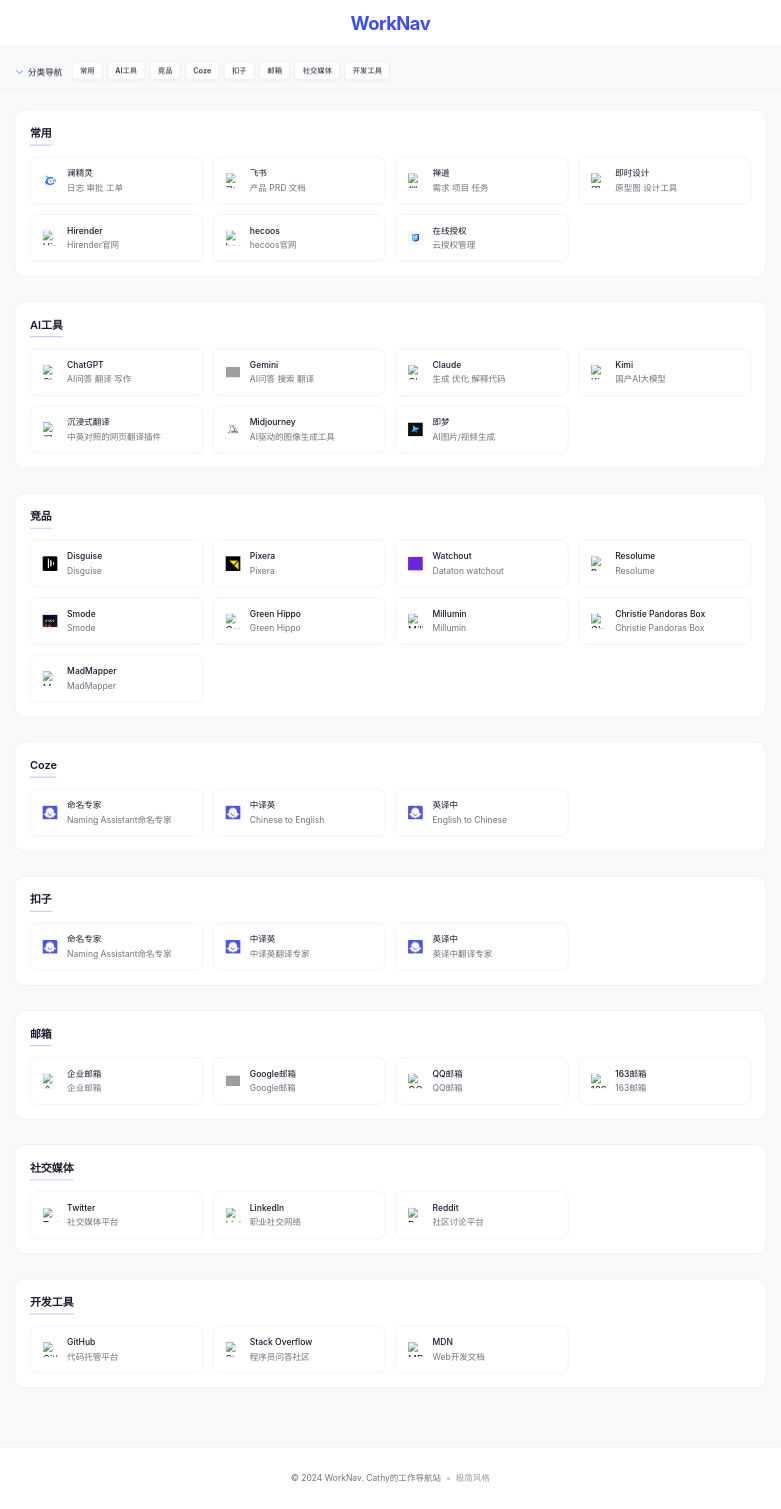
Repository: SweetPomelo0/WorkNav
Page: /
These files come from the project's save history. The page is drawn as it stood at one moment and after the next save; the edit follows.
The browser window is 1280 px wide. The pictures show the whole page, at 61% of full size.
Pictures or frames that could not be fetched are drawn as grey boxes. The project was rebuilt for these pictures with package versions that can differ from the ones it lists, and the page was loaded fresh each time. The framework's server and built-in components were replaced by stand-ins that run in the browser. Also part of the build but not shown: next.config.ts.

Above is the page before, as saved 2025-07-26 21:41:24.

### src/app/layout.tsx
import type { Metadata } from "next";
import { Geist, Geist_Mono } from "next/font/google";
import "./globals.css";

const geistSans = Geist({
  variable: "--font-geist-sans",
  subsets: ["latin"],
});

const geistMono = Geist_Mono({
  variable: "--font-geist-mono",
  subsets: ["latin"],
});

export const metadata: Metadata = {
  title: "WorkNav - 工作网址导航",
  description: "一个简洁的工作网址导航页面",
};

export default function RootLayout({
  children,
}: Readonly<{
  children: React.ReactNode;
}>) {
  return (
    <html lang="en">
      <body
        className={`${geistSans.variable} ${geistMono.variable} antialiased`}
      >
        {children}
      </body>
    </html>
  );
}

### src/app/page.tsx
export default function Home() {
  // 定义导航分类和链接
  const categories = [
    {
      title: "常用",
      links: [
        { name: "澜精灵", url: "https://www.lanerp.com/Admin/index/index.html", desc: "日志 审批 工单", icon: "/img/lanjingling.png" },
        { name: "飞书", url: "https://enlightv.feishu.cn/wiki/D6Z1wOai9iVI4bkVlumcJprDn2e?fromScene=spaceOverview", desc: "产品 PRD 文档", icon: "https://feishu.cn/favicon.ico" },
        { name: "禅道", url: "https://enlightv.zentaopm.com/my/", desc: "需求 项目 任务", icon: "https://enlightv.zentaopm.com/favicon.ico" },
        { name: "即时设计", url: "https://js.design/recent", desc: "原型图 设计工具", icon: "https://img.js.design/assets/webImg/favicon.ico" },
        { name: "Hirender", url: "https://www.hirender.com/#/home", desc: "Hirender官网", icon: "https://www.hirender.com/favicon.ico" },
        { name: "hecoos", url: "https://www.hecoos.com/web/#/home", desc: "hecoos官网", icon: "https://www.hecoos.com/favicon.ico" },
        { name: "在线授权", url: "https://license.enlightv.com/web/", desc: "云授权管理", icon: "data:[embedded picture, 6295 characters]" },
      ]
    },
    {
      title: "AI工具",
      links: [
        { name: "ChatGPT", url: "https://chatgpt.com/", desc: "AI问答 翻译 写作", icon: "https://cdn.oaistatic.com/assets/favicon-180x180-od45eci6.webp" },
        { name: "Gemini", url: "https://gemini.google.com/app", desc: "AI问答 搜索 翻译", icon: "https://www.gstatic.com/lamda/images/gemini_sparkle_4g_512_lt_f94943af3be039176192d.png" },
        { name: "Claude", url: "https://claude.ai/", desc: "生成 优化 解释代码", icon: "https://claude.ai/favicon.ico" },
        { name: "Kimi", url: "https://www.kimi.com/", desc: "国产AI大模型", icon: "https://www.kimi.com/favicon.ico" },
        { name: "沉浸式翻译", url: "https://immersivetranslate.com/zh-Hans/?utm_source=ai-bot.cn", desc: "中英对照的网页翻译插件", icon: "https://immersivetranslate.com/favicon.ico" },
        { name: "Midjourney", url: "https://www.midjourney.com/explore?tab=video_top", desc: "AI驱动的图像生成工具", icon: "/img/mj.png" },
        { name: "即梦", url: "https://jimeng.jianying.com/ai-tool/home", desc: "AI图片/视频生成", icon: "/img/jimeng.png" }

      ]
    },
    {
      title: "竞品",
      links: [
        { name: "Disguise", url: "https://www.disguise.one/en", desc: "Disguise", icon: "/img/disguise.png" },
        { name: "Pixera", url: "https://pixera.one/zh/software/overview/", desc: "Pixera", icon: "/img/pixera.png" },
        { name: "Watchout", url: "https://www.dataton.com/", desc: "Dataton watchout", icon: "/img/watchout.png" },
        { name: "Resolume", url: "https://resolume.com/", desc: "Resolume", icon: "https://resolume.com/images/favicons/apple-touch-icon.png" },
        { name: "Smode", url: "https://www.smode.io/en/", desc: "Smode", icon: "/img/smode.png" },
        { name: "Green Hippo", url: "https://www.green-hippo.com/", desc: "Green Hippo", icon: "https://www.green-hippo.com/wp-content/themes/greenhippo/assets/icons/favicon.ico" },
        { name: "Millumin", url: "https://millumin.com/v5/index.php", desc: "Millumin", icon: "https://www.millumin.com/favicon/apple-icon-180x180.png" },
        { name: "Christie Pandoras Box", url: "https://www.christiedigital.com/products/christie-pandoras-box/", desc: "Christie Pandoras Box", icon: "https://www.christiedigital.com/apple-touch-icon.png" },
        { name: "MadMapper", url: "https://madmapper.com/madmapper/software", desc: "MadMapper", icon: "https://madmapper.com/images/favicon/apple-touch-icon.png" }

      ]
    },
    {
      title: "Coze",
      links: [
        { name: "命名专家", url: "https://www.coze.com/store/agent/7530562770308956161?bot_id=true", desc: "Naming Assistant命名专家", icon: "/img/coze.png" },
        { name: "中译英", url: "https://www.coze.com/store/agent/7530572378075152440?bot_id=true", desc: "Chinese to English", icon: "/img/coze.png" },
        { name: "英译中", url: "https://www.coze.com/store/agent/7530572202144694273?bot_id=true", desc: "English to Chinese", icon: "/img/coze.png" }
      ]
    },
    {
      title: "扣子",
      links: [
        { name: "命名专家", url: "https://www.coze.cn/store/agent/7530571775823577130?bot_id=true", desc: "Naming Assistant命名专家", icon: "/img/coze.png" },
        { name: "中译英", url: "https://www.coze.cn/store/agent/7530581452909035572?bot_id=true", desc: "中译英翻译专家", icon: "/img/coze.png" },
        { name: "英译中", url: "https://www.coze.cn/store/agent/7530581958234193970?bot_id=true", desc: "英译中翻译专家", icon: "/img/coze.png" }
      ]
    },
    {
      title: "邮箱",
      links: [
        { name: "企业邮箱", url: "https://exmail.qq.com/cgi-bin/frame_html?sid=qPUC22bEtIEF7kUt,2&sign_type=&r=586a2a390ca023395a120877ca5870f0", desc: "企业邮箱", icon: "https://exmail.qq.com/favicon.ico" },
        { name: "Google邮箱", url: "https://mail.google.com/mail/u/0/#inbox", desc: "Google邮箱", icon: "https://ssl.gstatic.com/ui/v1/icons/mail/rfr/gmail.ico" },
        { name: "QQ邮箱", url: "https://mail.qq.com/", desc: "QQ邮箱", icon: "https://mail.qq.com/favicon.ico" },
        { name: "163邮箱", url: "https://mail.163.com/", desc: "163邮箱", icon: "https://mail.163.com/favicon.ico" }
      ]
    },
    {
      title: "社交媒体",
      links: [
        { name: "Twitter", url: "https://twitter.com", desc: "社交媒体平台", icon: "https://twitter.com/favicon.ico" },
        { name: "LinkedIn", url: "https://www.linkedin.com", desc: "职业社交网络", icon: "https://www.linkedin.com/favicon.ico" },
        { name: "Reddit", url: "https://www.reddit.com", desc: "社区讨论平台", icon: "https://www.reddit.com/favicon.ico" }
      ]
    },
    {
      title: "开发工具",
      links: [
        { name: "GitHub", url: "https://github.com", desc: "代码托管平台", icon: "https://github.com/favicon.ico" },
        { name: "Stack Overflow", url: "https://stackoverflow.com", desc: "程序员问答社区", icon: "https://stackoverflow.com/favicon.ico" },
        { name: "MDN", url: "https://developer.mozilla.org", desc: "Web开发文档", icon: "https://developer.mozilla.org/favicon.ico" },
      ]
    }

  ];

  return (
    <div className="min-h-screen" style={{ background: 'var(--background)', color: 'var(--text-primary)' }}>
      {/* Header */}
      <header style={{ background: 'var(--header-bg)', borderBottom: '1px solid var(--card-border)' }}>
        <div className="max-w-7xl mx-auto px-6 py-5">
          <div className="text-center">
            <h1 className="text-3xl font-bold tracking-tight bg-clip-text text-transparent bg-gradient-to-r from-blue-600 to-indigo-600 dark:from-blue-400 dark:to-indigo-400">WorkNav</h1>
          </div>
        </div>
      </header>

      {/* Category Navigation */}
      <div className="sticky top-0 z-10 mt-3" style={{ background: 'rgba(var(--background-rgb), 0.9)', backdropFilter: 'blur(10px)' }}>
        <div className="max-w-7xl mx-auto px-6 py-3 overflow-x-auto">
          <div className="flex items-center">
            <div className="flex-shrink-0 mr-4">
              <div className="flex items-center">
                <svg xmlns="http://www.w3.org/2000/svg" className="h-4 w-4 mr-1.5" fill="none" viewBox="0 0 24 24" stroke="currentColor" style={{ color: 'var(--accent)' }}>
                  <path strokeLinecap="round" strokeLinejoin="round" strokeWidth={2} d="M19 9l-7 7-7-7" />
                </svg>
                <span className="text-sm font-medium" style={{ color: 'var(--text-primary)' }}>分类导航</span>
              </div>
            </div>
            <div className="flex space-x-2 overflow-x-auto pb-1 scrollbar-thin flex-grow">
              {categories.map((category, index) => (
                <a
                  key={index}
                  href={`#category-${index}`}
                  className="text-xs font-medium whitespace-nowrap px-3 py-1.5 rounded-md transition-all duration-300 hover:scale-105 hover:shadow-md hover:bg-opacity-90 flex-shrink-0"
                  style={{
                    background: 'var(--card-bg)',
                    border: '1px solid var(--card-border)',
                    boxShadow: '0 2px 4px rgba(0,0,0,0.05)',
                    color: 'var(--text-primary)'
                  }}
                >
                  {category.title}
                </a>
              ))}
            </div>
          </div>
        </div>
        <div className="max-w-7xl mx-auto px-6 border-b border-solid" style={{ borderColor: 'var(--card-border)' }}></div>
      </div>

      {/* Main Content */}
       <main className="max-w-7xl mx-auto px-6 py-8">
         <div className="space-y-10">
           {categories.map((category, index) => (
             <div
               key={index}
               id={`category-${index}`}
               style={{
                 background: 'var(--card-bg)',
                 borderColor: 'var(--card-border)'
               }}
               className="rounded-2xl border p-6 transition-all duration-300 hover:shadow-lg"
             >
               <h2
                 className="text-lg font-semibold mb-6 relative inline-block"
                 style={{ color: 'var(--text-primary)' }}
               >
                 <span className="relative z-10">{category.title}</span>
                 <span
                  className="absolute bottom-0 left-0 w-full h-0.5 rounded-full opacity-30"
                  style={{ background: 'var(--accent)', transform: 'translateY(6px)' }}
                ></span>
               </h2>
               <div className="grid grid-cols-1 sm:grid-cols-2 lg:grid-cols-3 xl:grid-cols-4 gap-4">
                 {category.links.map((link, linkIndex) => (
                   <a
                     key={linkIndex}
                     href={link.url}
                     target="_blank"
                     rel="noopener noreferrer"
                     style={{
                       borderColor: 'var(--card-border)',
                       background: 'var(--card-bg)'
                     }}
                     className="block p-4 rounded-xl border hover:shadow-md transition-all duration-200 group relative"
                   >

                     <div className="flex items-center justify-between">
                       <div className="flex items-center flex-1">
                         <div className="w-8 h-8 mr-3 flex-shrink-0 flex items-center justify-center">
                           {link.icon ? (
                             <img
                               src={link.icon}
                               alt={`${link.name} icon`}
                               className="w-6 h-6 object-contain"
                             />
                           ) : (
                             <div
                               style={{ background: 'var(--card-hover)' }}
                               className="w-6 h-6 rounded-md flex items-center justify-center"
                             >
                               <span style={{ color: 'var(--text-secondary)' }} className="text-xs font-medium">
                                 {link.name.charAt(0).toUpperCase()}
                               </span>
                             </div>
                           )}
                         </div>
                         <div className="flex-1">
                           <h3
                             style={{ color: 'var(--text-primary)' }}
                             className="text-sm font-medium group-hover:text-blue-600 dark:group-hover:text-blue-400 transition-colors"
                           >
                             {link.name}
                           </h3>
                           <p
                             style={{ color: 'var(--text-secondary)' }}
                             className="text-sm mt-1"
                           >
                             {link.desc}
                           </p>
                         </div>
                       </div>

                     </div>
                   </a>
                 ))}
               </div>
             </div>
           ))}
         </div>
       </main>

      {/* Footer */}
      <footer style={{ borderTop: '1px solid var(--card-border)', background: 'var(--footer-bg)' }} className="mt-16">
        <div className="max-w-7xl mx-auto px-6 py-10">
          <div className="text-center">
            <p style={{ color: 'var(--text-secondary)' }} className="text-sm">
              © 2024 WorkNav. Cathy的工作导航站
              <span className="inline-block mx-2 opacity-50">•</span>
              <span className="opacity-70">极简风格</span>
            </p>
          </div>
        </div>
      </footer>
    </div>
  );
}

### src/app/globals.css
@import "tailwindcss";

:root {
  --background: #f8f9fa;
  --background-rgb: 248, 249, 250;
  --foreground: #1a1a2e;
  --card-bg: #ffffff;
  --card-border: #e9ecef;
  --card-hover: #f1f3f5;
  --accent: #4361ee;
  --accent-hover: #3a56d4;
  --text-primary: #1a1a2e;
  --text-secondary: #6c757d;
  --text-tertiary: #adb5bd;
  --header-bg: #ffffff;
  --header-bg-rgb: 255, 255, 255;
  --footer-bg: #ffffff;
}

@theme inline {
  --color-background: var(--background);
  --color-foreground: var(--foreground);
  --font-sans: var(--font-geist-sans);
  --font-mono: var(--font-geist-mono);
}

@media (prefers-color-scheme: dark) {
  :root {
    --background: #121212;
    --background-rgb: 18, 18, 18;
    --foreground: #f8f9fa;
    --card-bg: #1e1e1e;
    --card-border: #2d2d2d;
    --card-hover: #2a2a2a;
    --accent: #4361ee;
    --accent-hover: #5a72f0;
    --text-primary: #f8f9fa;
    --text-secondary: #adb5bd;
    --text-tertiary: #6c757d;
    --header-bg: #1a1a1a;
    --header-bg-rgb: 26, 26, 26;
    --footer-bg: #1a1a1a;
  }
}

body {
  background: var(--background);
  color: var(--foreground);
  font-family:
    "Inter",
    -apple-system,
    BlinkMacSystemFont,
    "Segoe UI",
    Roboto,
    Oxygen,
    Ubuntu,
    Cantarell,
    "Open Sans",
    "Helvetica Neue",
    sans-serif;
}

/* 平滑滚动和过渡效果 */
html {
  scroll-behavior: smooth;
}

* {
  transition:
    background-color 0.2s ease,
    border-color 0.2s ease,
    transform 0.2s ease;
}

/* 自定义滚动条 */
::-webkit-scrollbar {
  width: 8px;
  height: 8px;
}

::-webkit-scrollbar-track {
  background: transparent;
}

::-webkit-scrollbar-thumb {
  background: var(--text-tertiary);
  border-radius: 4px;
}

::-webkit-scrollbar-thumb:hover {
  background: var(--text-secondary);
}

After the next save:
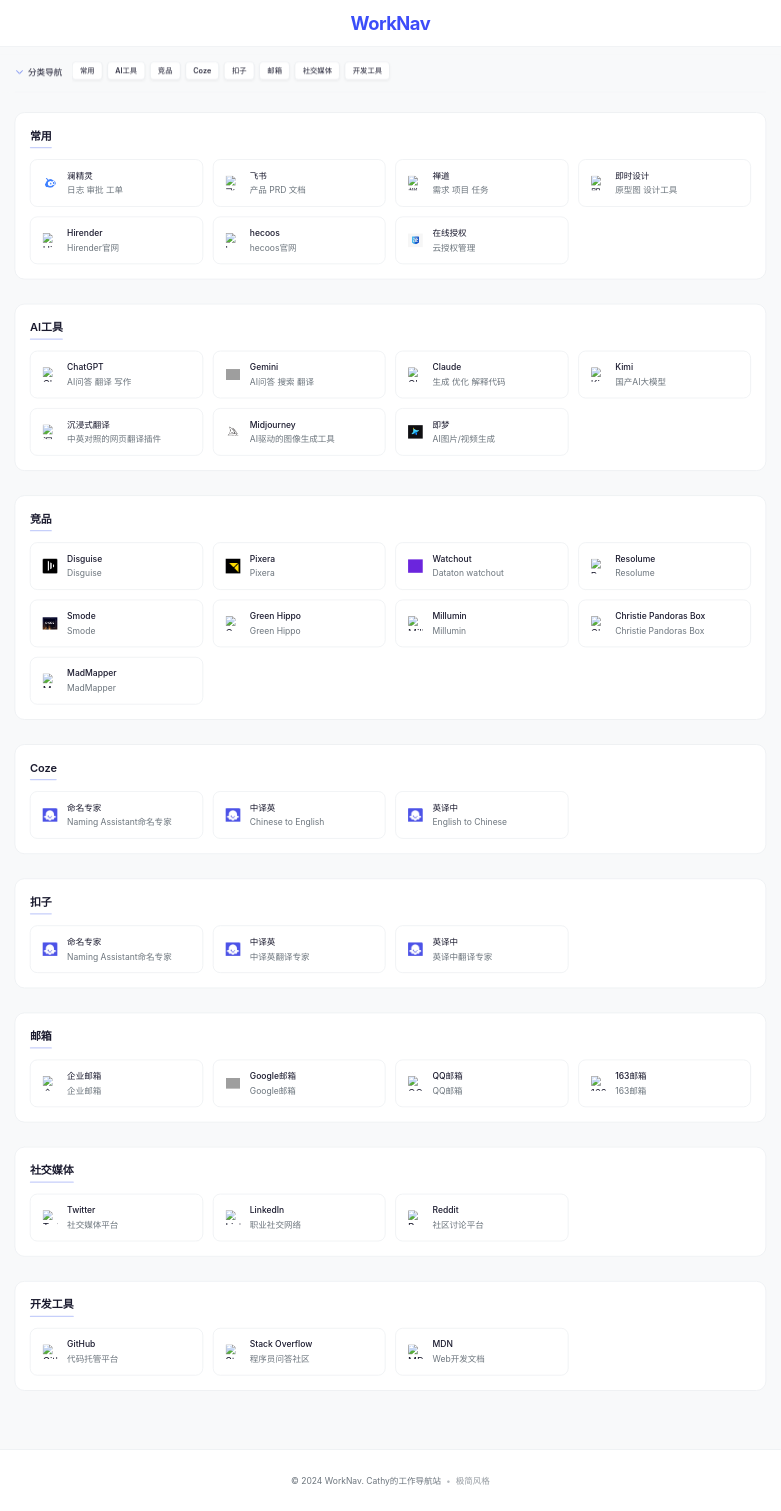
Saved 14 s later.
--- a/src/app/page.tsx
+++ b/src/app/page.tsx
@@ -127,7 +127,9 @@
             </div>
           </div>
         </div>
-        <div className="max-w-7xl mx-auto px-6 border-b border-solid" style={{ borderColor: 'var(--card-border)' }}></div>
+        <div className="max-w-7xl mx-auto px-6">
+          <div className="border-b border-solid w-full mt-1" style={{ borderColor: 'var(--card-border)' }}></div>
+        </div>
       </div>
 
       {/* Main Content */}
